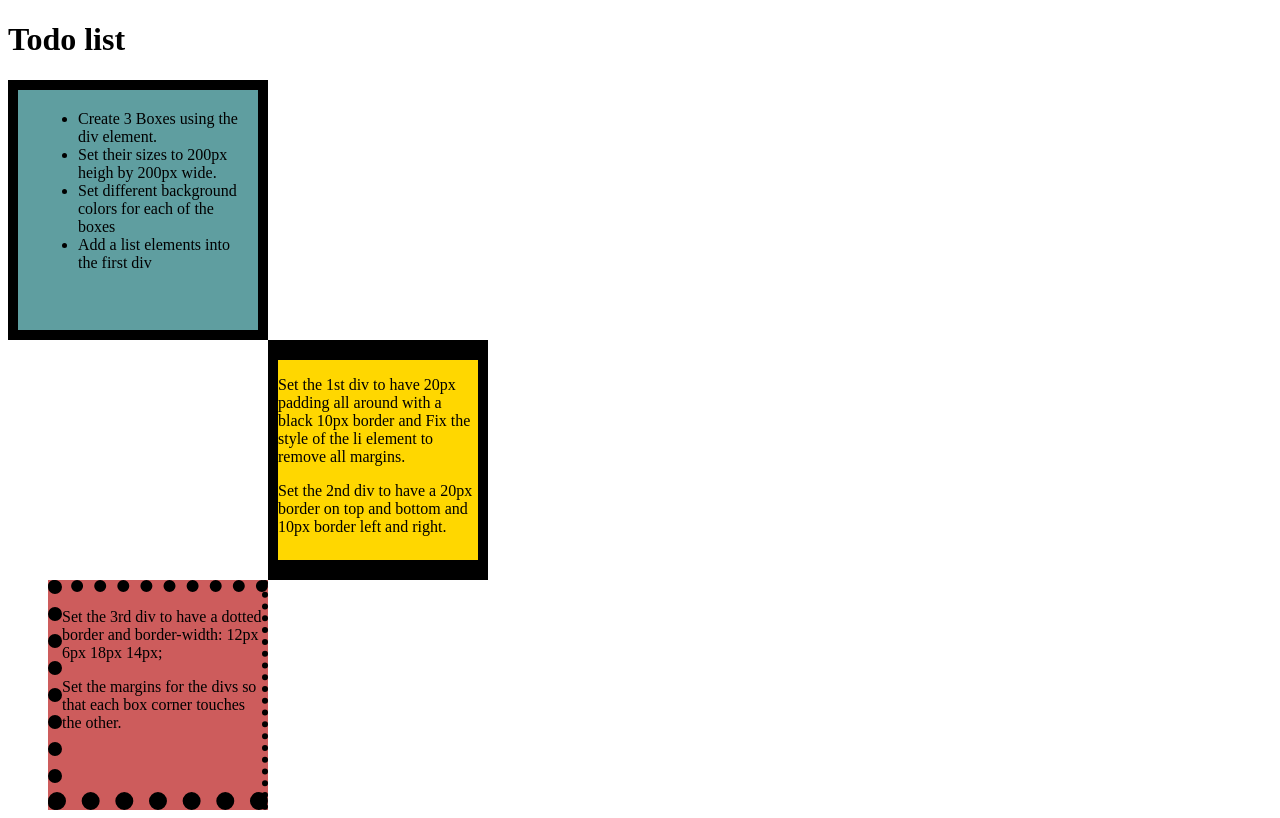
Repository: aniatot/CSS_KT
Page: 6.3 CSS Box Model/index.html
The author's editor kept a copy of each file at every save. The page is drawn from the files as they stood at one save, then again after the next save.
The browser window is 1280 px wide. The pictures show the whole page.

Above is the page before, as saved 2023-10-18 20:25:19.

After the next save:
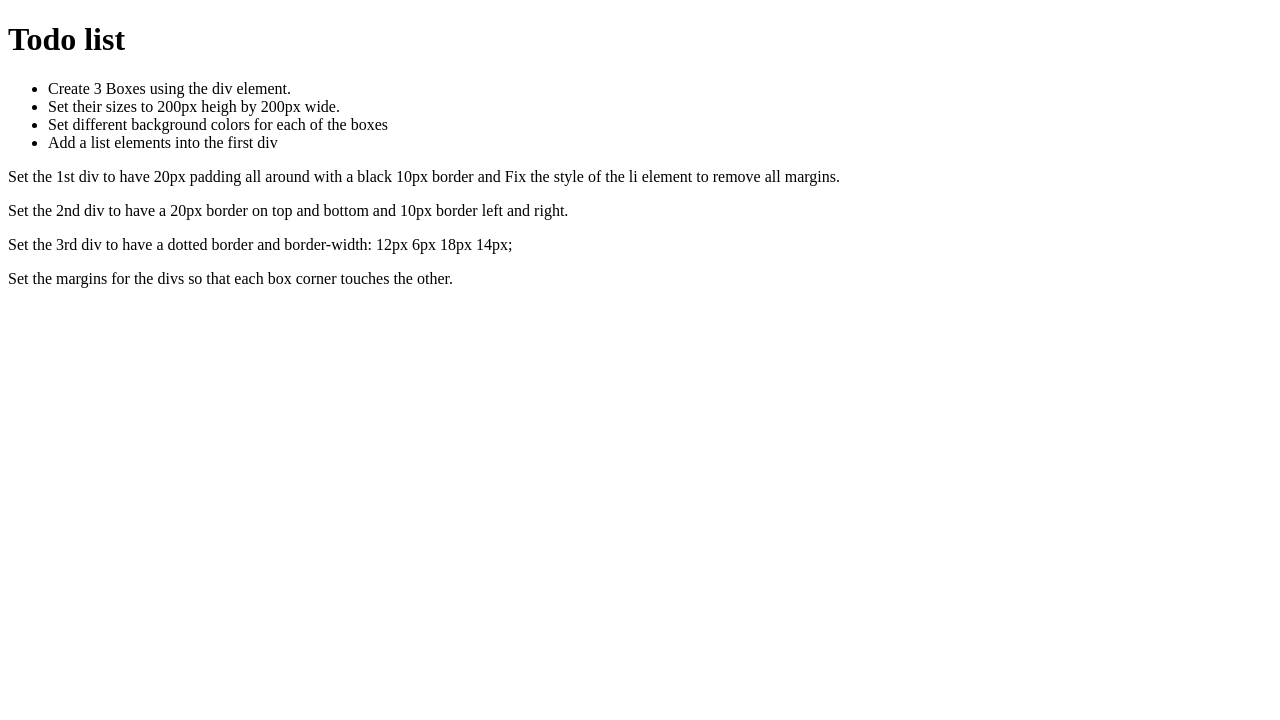
Saved 1 s later.
--- a/6.3 CSS Box Model/index.html
+++ b/6.3 CSS Box Model/index.html
@@ -6,34 +6,34 @@
   <title>CSS Box Model</title>
   <style>
     /* Write your CSS code here */
-    div {
+/*     div {
       height: 200px;
       width: 200px;
-    }
+    } */
 
-    ul, li {
+/*     ul, li {
       margin: 0;
-    }
+    } */
 
-    #first {
+/*     #first {
       background-color: cadetblue;
       padding: 20px;
       border: 10px solid black;
-    }
+    } */
 
-    #second {
+/*     #second {
       background-color: gold;
       border: solid black;
       border-width: 20px 10px;
       margin-left: 260px;
-    }
+    } */
 
-    #third {
+/*     #third {
       background-color: indianred;
       border: dotted black;
       border-width: 12px 6px 18px 14px;
       margin-left: 40px;
-    }
+    } */
   </style>
 
   </style>
